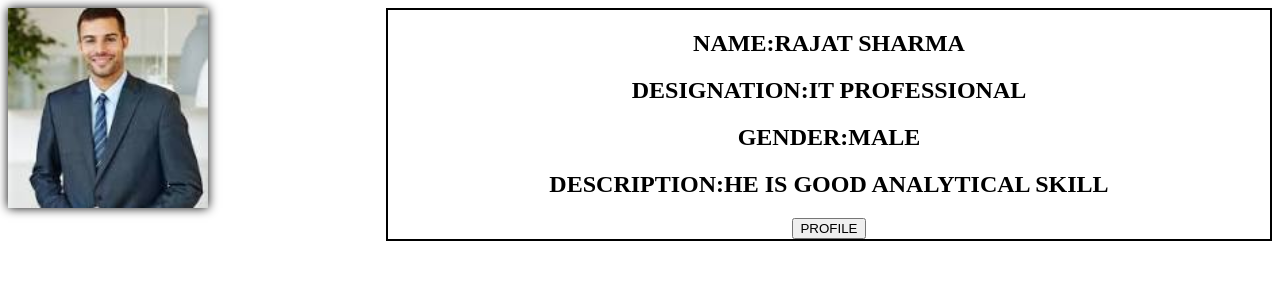
Repository: arindamslt/JEECoding
Page: JEE_FRONTEND/src/main/webapp/09ProfileCSS.html
An editor plug-in stored every save of this project. The page is shown before and after the next save, followed by the edit.
The browser window is 1280 px wide. The pictures show the whole page.

Above is the page before, as saved 2025-07-15 06:57:04.

After the next save:
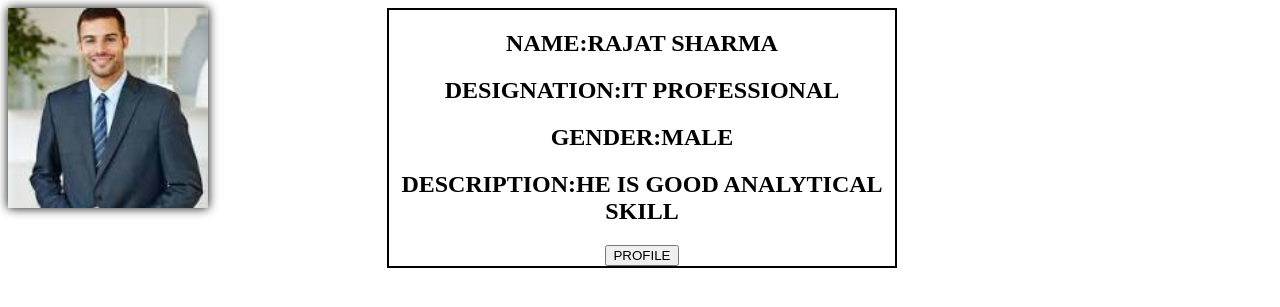
Saved 29 s later.
--- a/JEE_FRONTEND/src/main/webapp/09ProfileCSS.html
+++ b/JEE_FRONTEND/src/main/webapp/09ProfileCSS.html
@@ -18,7 +18,7 @@
 	}
 	#rtContainer{
 		/*background-color: gray;*/
-		width:70%;
+		width:40%;
 		text-align: center;
 		border:2px solid black;
 	}
